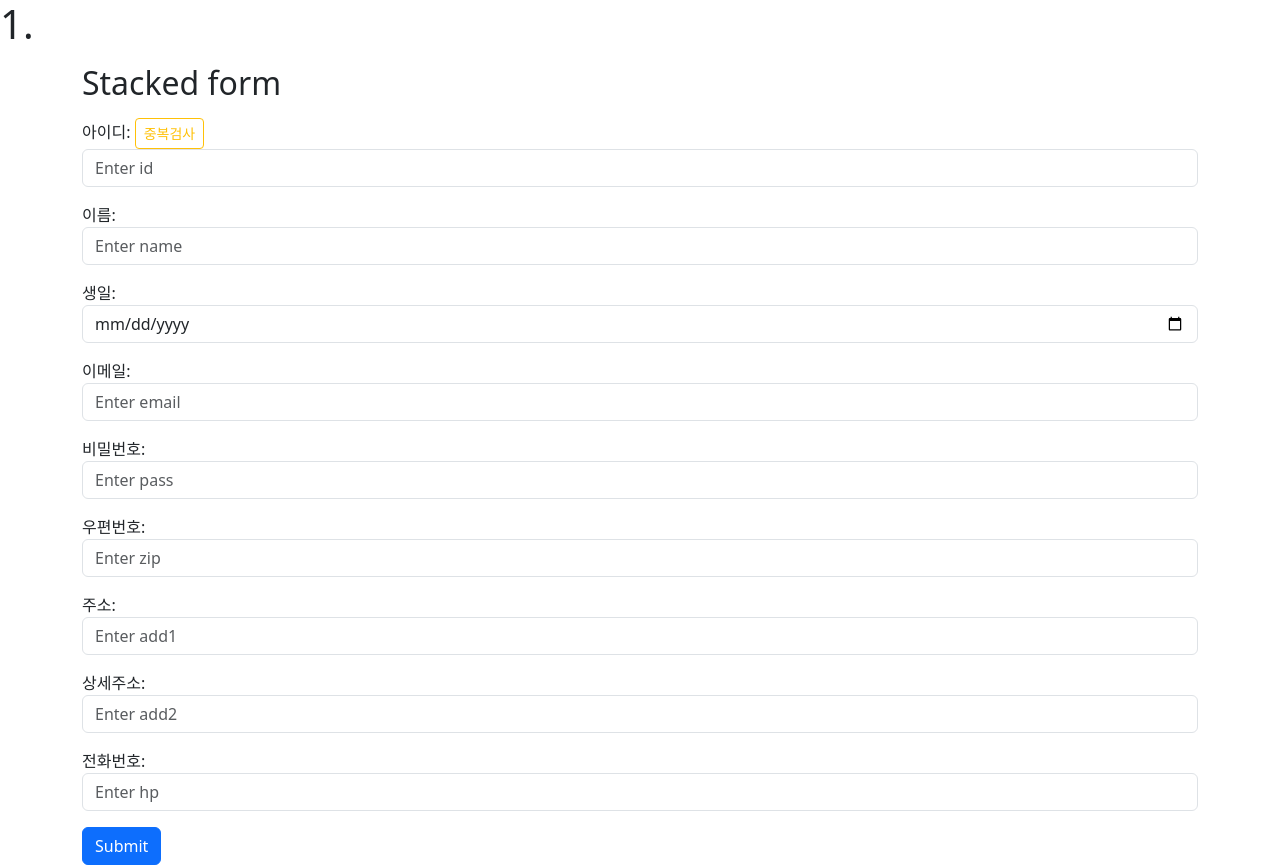
Repository: prawniel99/05_JQuery
Page: workspace/jqpro/WebContent/비동기6_ajax/join.html
An editor plug-in stored every save of this project. The page is shown before and after the next save, followed by the edit.
The browser window is 1280 px wide. The pictures show the whole page.

Above is the page before, as saved 2024-08-29 03:26:26.

After the next save:
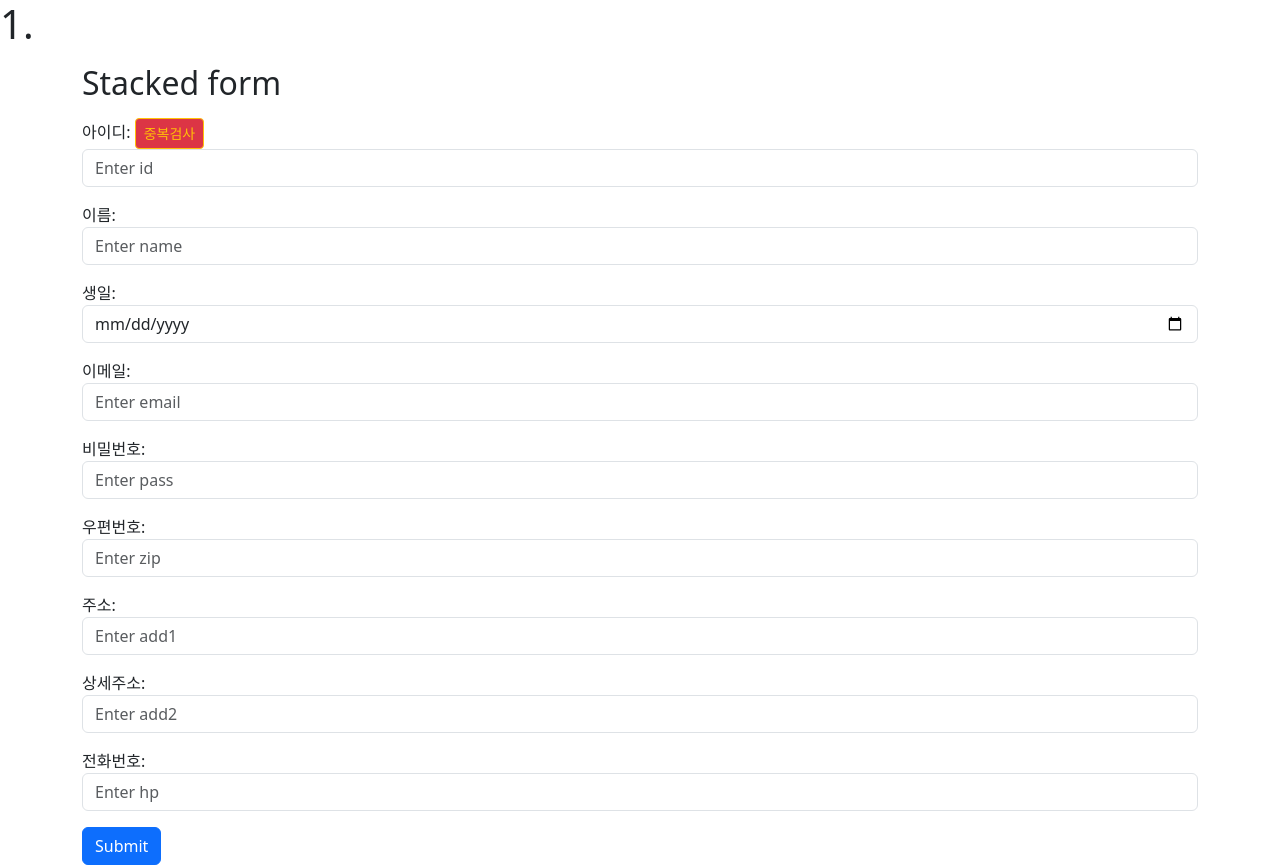
Saved 24 s later.
--- a/workspace/jqpro/WebContent/비동기6_ajax/join.html
+++ b/workspace/jqpro/WebContent/비동기6_ajax/join.html
@@ -35,7 +35,7 @@
 			<h2>Stacked form</h2>
 			<form>
 				<div class="mb-3 mt-3">
-					<label for="id">아이디:</label> <input type="button" value="중복검사" id="idcheck"  class="btn btn-outline-warning btn-sm">
+					<label for="id">아이디:</label> <input type="button" value="중복검사" id="idcheck"  class="btn btn-outline-warning btn-sm btn-danger">
 					<input type="text" class="form-control" id="id" placeholder="Enter id" name="mem_id"> <!-- name은 db와 일치시킨 VO와 일치시켜야 한다 -->
 				</div>
 
